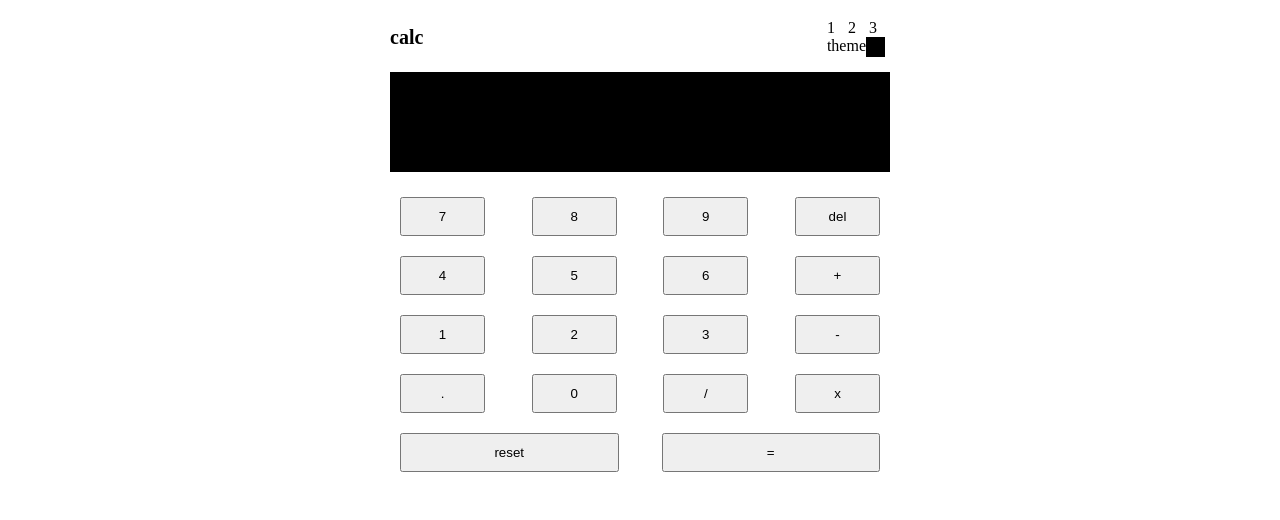
Repository: Eugene44-hub/basic-calculator
Page: index.html
An editor plug-in stored every save of this project. The page is shown before and after the next save, followed by the edit.
The browser window is 1280 px wide. The pictures show the whole page.

Above is the page before, as saved 2021-10-02 02:26:31.
Console error: SyntaxError: Unexpected end of input

### index.html
<!DOCTYPE html>
<html lang="en">

<head>
    <link rel="stylesheet" href="style.css">
    <meta charset="UTF-8">
    <meta http-equiv="X-UA-Compatible" content="IE=edge">
    <meta name="viewport" content="width=device-width, initial-scale=1.0">
    <title>Document</title>
</head>

<body>
    <div class="cal-container">

        <div class="theme">
            <h2>calc
            </h2>
            <div class="theme-number">
                <div class="number-toggle">
                    <span id="one">1</span>
                    <span id="two">2</span>
                    <span id="three">3</span>
                    <p>theme</p>
                    <div class="toggle"></div>
                </div>
            </div>
        </div>
        <div class="output">

        </div>
        <div class="buttons">
            <button id="number-button">7</button>
            <button id="number-button">8</button>
            <button id="number-button">9</button>
            <button id="del-button">del</button>
            <button id="number-button">4</button>
            <button id="number-button">5</button>
            <button id="number-button">6</button>
            <button id="addition-button">+</button>
            <button id="number-button">1</button>
            <button id="number-button">2</button>
            <button id="number-button">3</button>
            <button id="minus-button">-</button>
            <button id="dot-button">.</button>
            <button id="number-button">0</button>
            <button id="division-button">/</button>
            <button id="multiply-button">x</button>
            <button id="reset-button">reset</button>
            <button id="equals-button">=</button>
        </div>
    </div>

    <script src="app.js"></script>
</body>

</html>

### style.css
* {
    padding: 0;
    margin: 0;
    box-sizing: border-box;
}

body {
    display: flex;
    height: 500px;
}

.theme {
    display: flex;
    flex-wrap: wrap;
}

.toggle {
    background-color: black;
    height: 20px;
    flex-basis: 30%;
}

h2 {
    flex: 50%;
    align-self: center;
    font-size: 20px;
}

.theme-number {
    flex: 50%;
}

.number-toggle {
    float: right;
    word-spacing: 30px;
    display: flex;
    flex-wrap: wrap;
}

span {
    flex: 30%;
}

.cal-container {
    margin: auto;
    width: 500px;
}

.buttons {
    display: flex;
    flex-wrap: wrap;
    justify-content: space-between;
}

button {
    flex-basis: 17%;
    padding: 10px;
    margin: 10px;
}

#reset-button,
#equals-button {
    flex-basis: 43.7%
}

.output {
    height: 100px;
    background-color: black;
    margin: 15px 0
}

Loaded but not shown: app.js (common file)

After the next save:
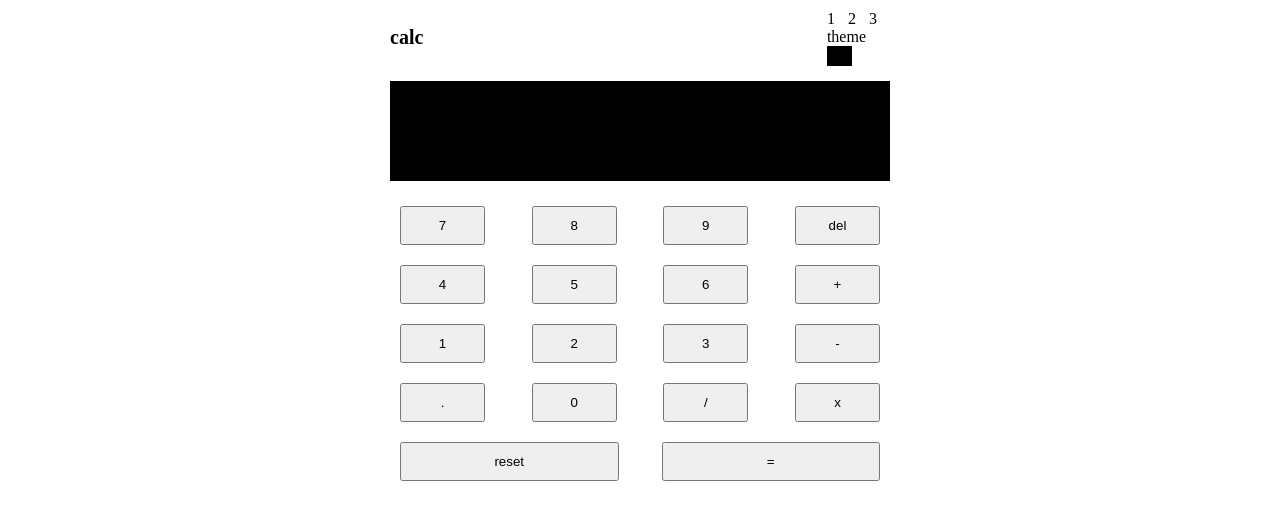
Saved 4 s later.
--- a/style.css
+++ b/style.css
@@ -17,7 +17,7 @@
 .toggle {
     background-color: black;
     height: 20px;
-    flex-basis: 30%;
+    flex-basis: 40%;
 }
 
 h2 {

After the 3 saves that followed:
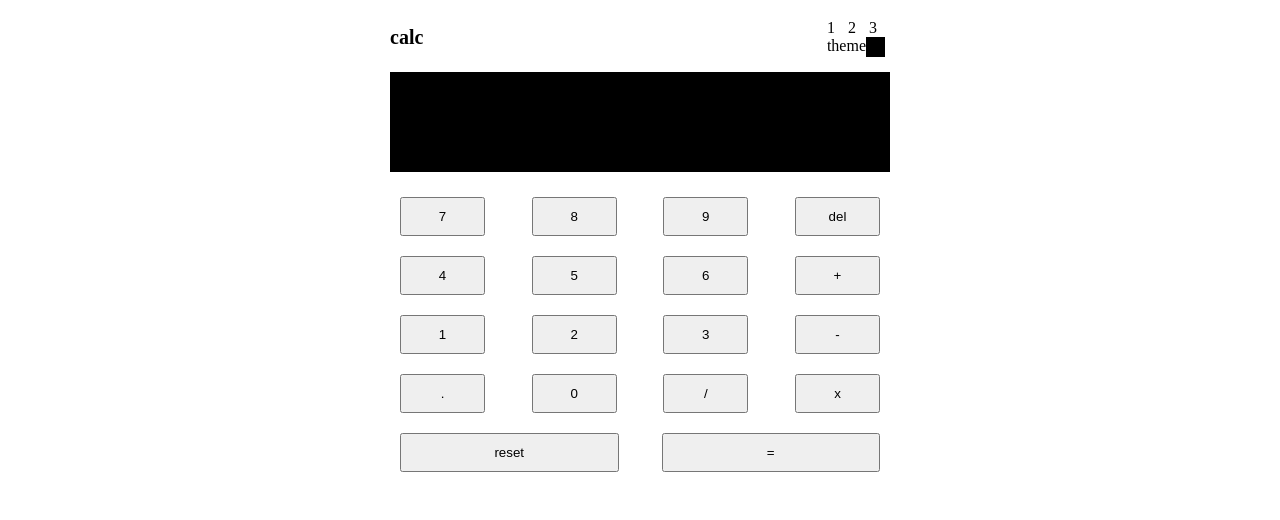
The 3 saves are shown as one change because 1 left the picture as it was and some came seconds apart.
The last was saved 2 min 10 s later.
--- a/style.css
+++ b/style.css
@@ -17,7 +17,7 @@
 .toggle {
     background-color: black;
     height: 20px;
-    flex-basis: 40%;
+    flex-basis: 30%;
 }
 
 h2 {
@@ -35,6 +35,7 @@
     word-spacing: 30px;
     display: flex;
     flex-wrap: wrap;
+    flex: 50%;
 }
 
 span {
